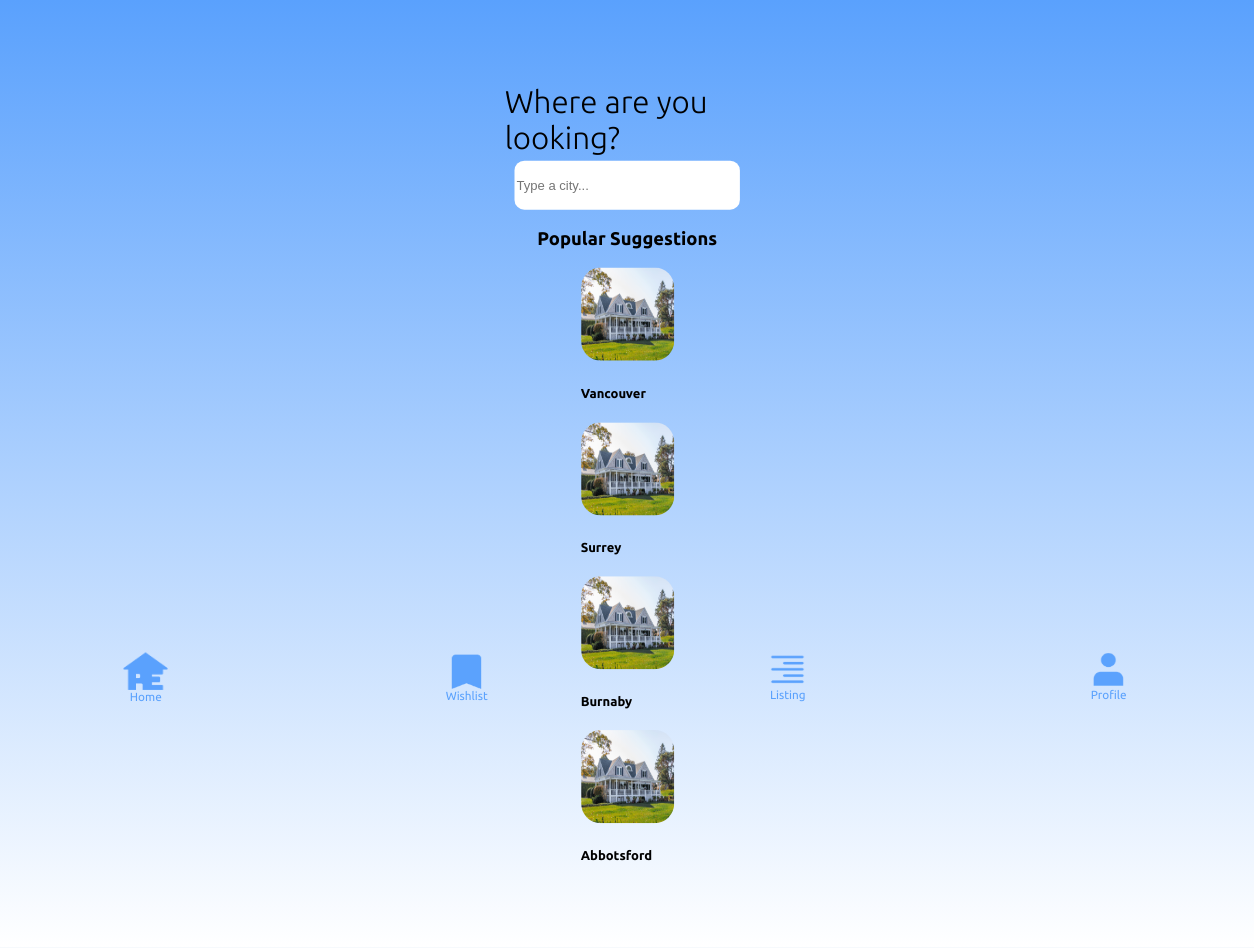
Repository: msyukurrr/realeasy
Page: /listing
These files come from the project's save history. The page is drawn as it stood at one moment and after the next save; the edit follows.
The browser window is 1280 px wide. The pictures show the whole page, at 98% of full size.
The project was rebuilt for these pictures with package versions that can differ from the ones it lists, and the page was loaded fresh each time. The framework's server and built-in components were replaced by stand-ins that run in the browser. Also part of the build but not shown: next.config.js, components/Button.js.

Above is the page before, as saved 2023-01-27 20:28:16.

### pages/listing.js
import Heading from "../components/Heading";
import NavBar from "../components/NavBar";
import styles from "../styles/Home.module.css"
import MainButton from "../components/Button.js";
import styled from "styled-components";



export default function Listing({

}){
    return(
        <><div className={styles.listing}>

        <Heading headingtxt="Where are you looking?"/>

        <input placeholder="Type a city..." style={{width:230, height:50, borderRadius:10, backgroundColor:"white", border:'transparent'}}></input>

        <h3>Popular Suggestions</h3>

        <div>
            <img src="house.png" style={{width:95, height:95, borderRadius:20}}/>
            <h5>Vancouver</h5>
        </div>

        <div>
            <img src="house.png" style={{width:95, height:95, borderRadius:20}}/>
            <h5>Surrey</h5>
        </div>

        <div>
            <img src="house.png" style={{width:95, height:95, borderRadius:20}}/>
            <h5>Burnaby</h5>
        </div>

        <div>
            <img src="house.png" style={{width:95, height:95, borderRadius:20}}/>
            <h5>Abbotsford</h5>
        </div>








        </div>
        <NavBar></NavBar>

        </>
    )
}

### styles/globals.css
@import url('https://fonts.googleapis.com/css2?family=Ubuntu:ital,wght@0,300;0,400;0,500;0,700;1,300;1,400;1,500;1,700&display=swap');

html,
body {
  padding: 0;
  margin: 0;
  font-family: "Ubuntu", sans-serif;
  background-color: #E6EEF8;
}

a {
  color: inherit;
  text-decoration: none;
}

* {
  box-sizing: border-box;
}

@media (prefers-color-scheme: dark) {
  html {
    color-scheme: dark;
  }
  body {
    color: white;
    background: E6EEF8;
  }
}

### components/Heading.js
import styled from "styled-components";

const Container = styled.div`
display: flex;
margin-left: 50px;
width: 300px;
height: 100px;

`

const Word = styled.h1`

color: ${props=>props.color};
font-weight: ${props=>props.fontweight};
`

export default function Heading({
    h1="Recommended by people around you",
    fw="300",
    color="#5AA1FD",
    headingtxt="Recommended by people around you"
}){
    return<>
    <Container>
    <Word fontweight={fw}
    >{headingtxt}</Word>
    </Container>
    </>
}

### components/NavBar.js
import styled from "styled-components";
import Link from "next/link";

const NavBarCont = styled.div`
position: fixed;
bottom: 0;
width: 100%;
`
const NavCont = styled.nav`
display: flex;
justify-content: space-around;
width: 100%;
background-color: transparent;
height: 60px;
`
const HomeCont = styled.div`
width: 50px;
height: 50px;
display:flex;
flex-direction: column;
justify-content: center;
align-items: center;
margin-top: ${props=>props.margintop};
`
const WishlistCont = styled.div`
width: 50px;
height: 50px;
display:flex;
flex-direction: column;
justify-content: center;
align-items: center;
margin-left: 30px;
margin-top: ${props=>props.margintop};
margin-bottom: ${props=>props.marginbottom};
`
const ListingCont = styled.div`
width: 50px;

display:flex;
flex-direction: column;
justify-content: center;
align-items: center;
margin-left: 30px;
margin-top: ${props=>props.margintop};
`
const ProfileCont = styled.div`
display:flex;
margin-left: 30px;
margin-top: ${props=>props.margintop};
`

const Icon = styled.img`
display: flex;
justify-content: center;
height: ${props=>props.height};
width: ${props=>props.width};
display: flex;
`

const NavList = styled.span`
display: flex;
align-self: center;
color: #5AA1FD;
font-size: 12px;
`


export default function NavBar({
    mt="5px",
    mb=""
}){
    return <NavBarCont>
    <NavCont>
        <Link href="/">
            <HomeCont margintop="6px">
                <Icon src='./logo.png' height="45px" width="45px"/>
                <NavList>Home</NavList>
            </HomeCont>
        </Link>
        <Link href="/wishlist">
            <WishlistCont margintop="7px">
                <Icon src='./wishlist.png' height="35px" width="30px"></Icon>
                <NavList>Wishlist</NavList>
            </WishlistCont>
        </Link>
        <Link href="/listing">
            <ListingCont margintop="4px">
                <Icon src='./listing.png' height="38px" width="45px"></Icon>
                <NavList>Listing</NavList>
            </ListingCont>
        </Link>
        <Link href="/profile">
            <ListingCont margintop="4px">
                <Icon src='./user.png' height="38px" width="40px"></Icon>
                <NavList>Profile</NavList>
            </ListingCont>
        </Link>
    </NavCont>
    </NavBarCont>
}

### styles/Home.module.css
.container {
  padding: 0 2rem;
}

.main {
  min-height: 100vh;
  padding: 4rem 0;
  flex: 1;
  display: flex;
  flex-direction: column;
  justify-content: center;
  align-items: center;
}


.listing {
  min-height: 100vh;
  padding: 4rem 0;
  flex: 1;
  display: flex;
  flex-direction: column;
  justify-content: center;
  align-items: center;
  background-image: linear-gradient(#5AA1FD, white);
}

.footer {
  display: flex;
  flex: 1;
  padding: 2rem 0;
  border-top: 1px solid #eaeaea;
  justify-content: center;
  align-items: center;
}

.footer a {
  display: flex;
  justify-content: center;
  align-items: center;
  flex-grow: 1;
}

.title a {
  color: #0070f3;
  text-decoration: none;
}

.title a:hover,
.title a:focus,
.title a:active {
  text-decoration: underline;
}

.title {
  margin: 0;
  line-height: 1.15;
  font-size: 4rem;
}

.title,
.description {
  text-align: center;
}

.description {
  margin: 4rem 0;
  line-height: 1.5;
  font-size: 1.5rem;
}

.code {
  background: #fafafa;
  border-radius: 5px;
  padding: 0.75rem;
  font-size: 1.1rem;
  font-family: Menlo, Monaco, Lucida Console, Liberation Mono, DejaVu Sans Mono,
    Bitstream Vera Sans Mono, Courier New, monospace;
}

.grid {
  display: flex;
  align-items: center;
  justify-content: center;
  flex-wrap: wrap;
  max-width: 800px;
}

.card {
  margin: 1rem;
  padding: 1.5rem;
  text-align: left;
  color: inherit;
  text-decoration: none;
  border: 1px solid #eaeaea;
  border-radius: 10px;
  transition: color 0.15s ease, border-color 0.15s ease;
  max-width: 300px;
}

.card:hover,
.card:focus,
.card:active {
  color: #0070f3;
  border-color: #0070f3;
}

.card h2 {
  margin: 0 0 1rem 0;
  font-size: 1.5rem;
}

.card p {
  margin: 0;
  font-size: 1.25rem;
  line-height: 1.5;
}

.logo {
  height: 1em;
  margin-left: 0.5rem;
}

@media (max-width: 600px) {
  .grid {
    width: 100%;
    flex-direction: column;
  }
}

@media (prefers-color-scheme: dark) {
  .card,
  .footer {
    border-color: #222;
  }
  .code {
    background: #111;
  }
  .logo img {
    filter: invert(1);
  }
}

Loaded but not shown: pages/_app.js (common file)

After the next save:
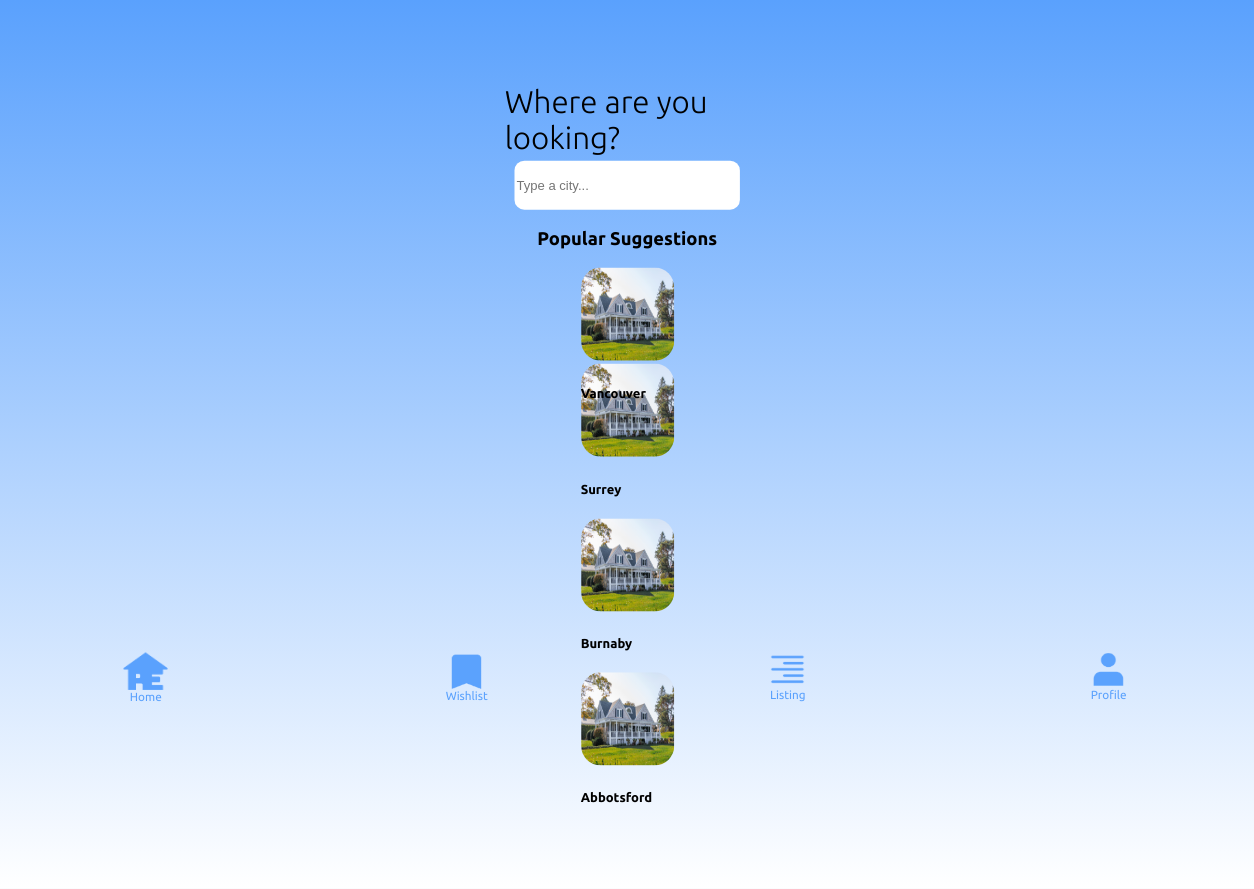
Saved 28 s later.
--- a/pages/listing.js
+++ b/pages/listing.js
@@ -20,7 +20,7 @@ export default function Listing({
 
         <div>
             <img src="house.png" style={{width:95, height:95, borderRadius:20}}/>
-            <h5>Vancouver</h5>
+            <h5 style={{display:'flex', position:'absolute'}}>Vancouver</h5>
         </div>
 
         <div>
